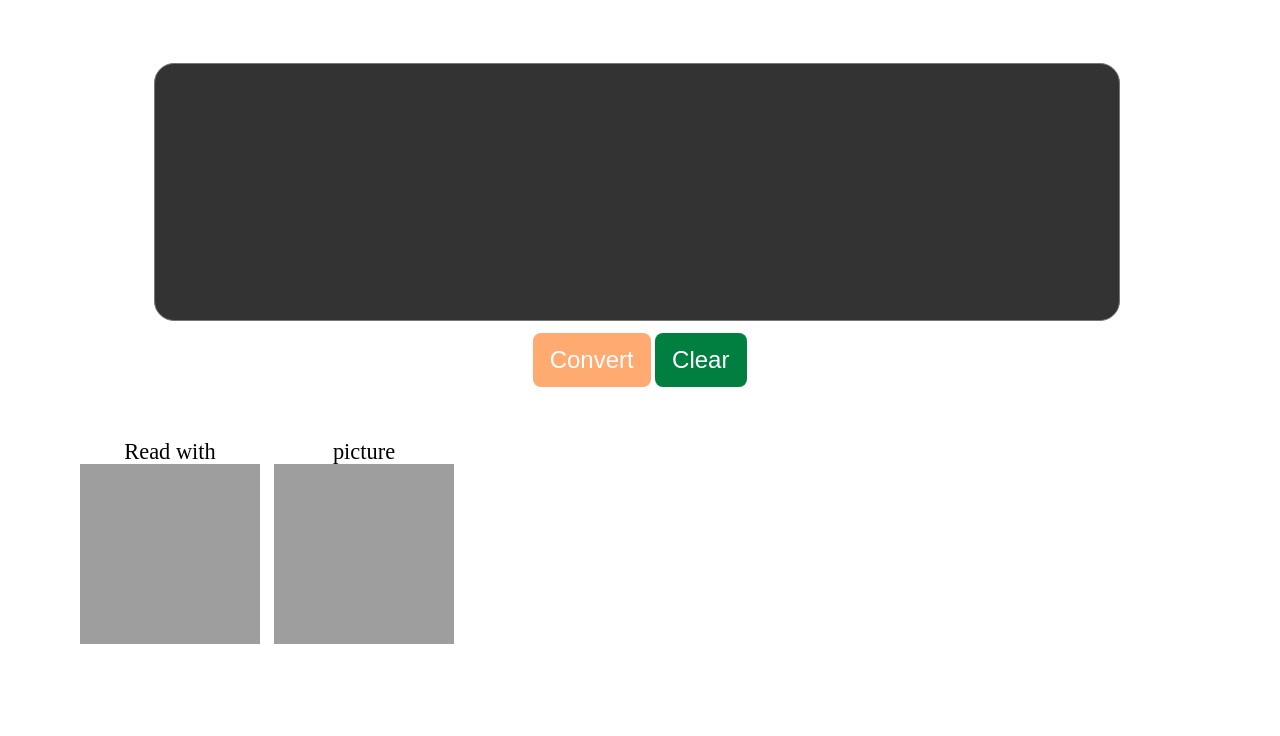
Repository: readwithpic/readwithpic.github.io
Page: platform14.html
The author's editor kept a record of every edit. The page is drawn from the files as they stood at one moment, then again after the next edit.
The browser window is 1280 px wide. The pictures show the whole page.
Pictures or frames that could not be fetched are drawn as grey boxes. Some web libraries are served in a nearby version.

Above is the page before.
Console error: TypeError: Cannot read properties of undefined (reading 'length')

After the next edit:
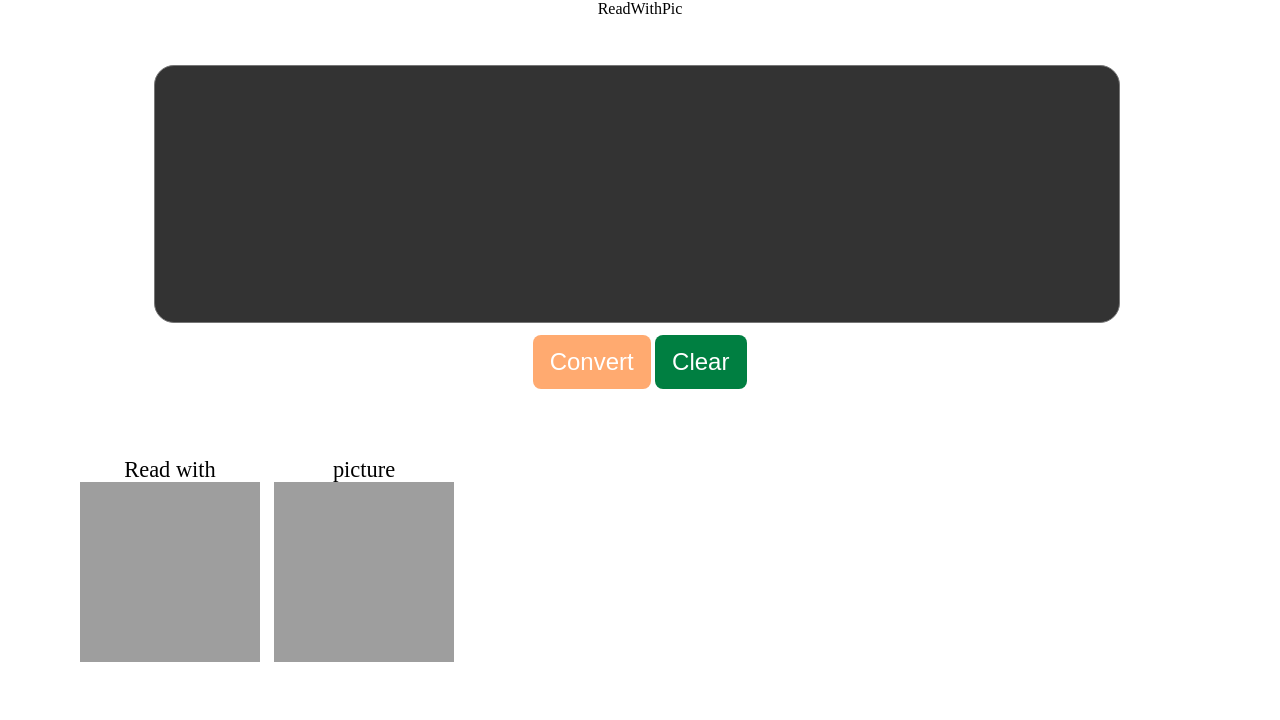
The edit:
--- a/platform14.html
+++ b/platform14.html
@@ -7,6 +7,7 @@
     </head>
 
     <body>
+        <div class="logo">ReadWithPic</div></div>
 
         <div id="textBox">
                <div>
